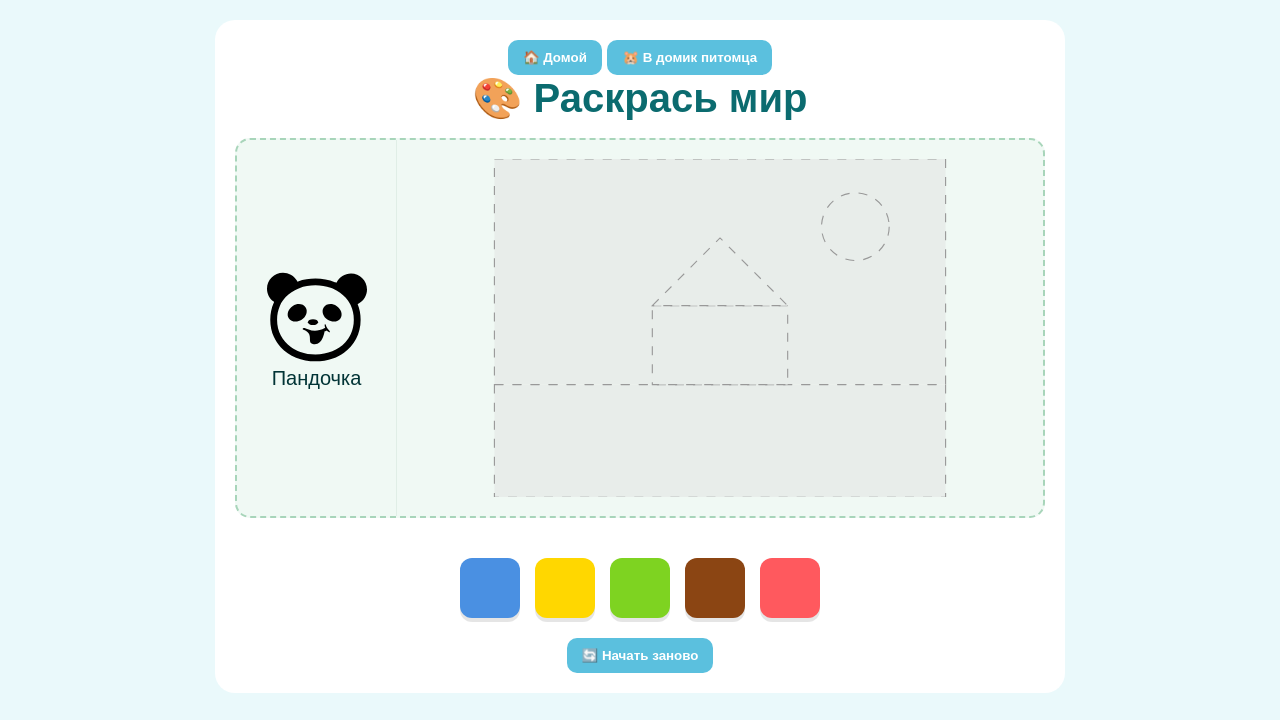
Repository: HOADF/kids-career-world
Page: games/artist/artist-game.html
The author's editor kept a copy of each file at every save. The page is drawn from the files as they stood at one save, then again after the next save.
The browser window is 1280 px wide. The pictures show the whole page.

Above is the page before, as saved 2026-03-10 12:56:59.

After the next save:
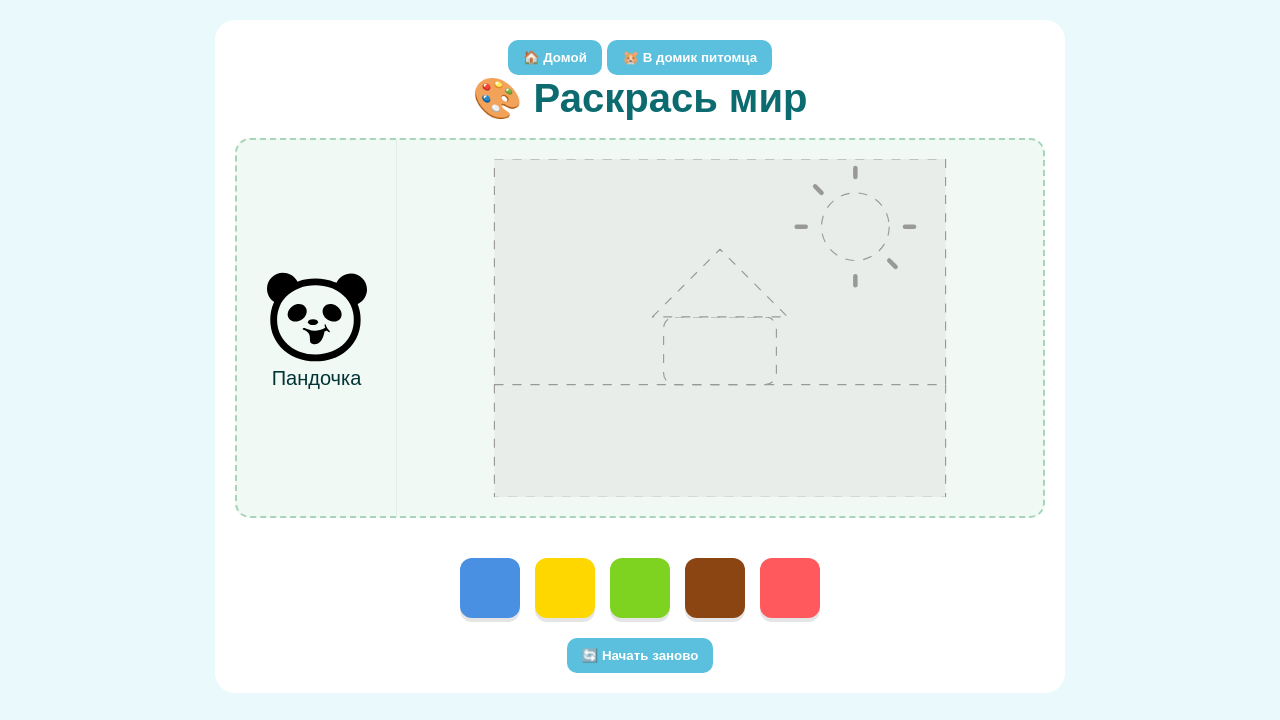
Saved 8 min 46 s later.
--- a/games/artist/artist-game.html
+++ b/games/artist/artist-game.html
@@ -27,10 +27,22 @@
         <div class="canvas-area">
             <svg viewBox="0 0 200 150" id="paint-svg">
                 <rect id="sky" class="paint-area" data-correct="blue" data-name="Небо" x="0" y="0" width="200" height="100" />
+
                 <rect id="ground" class="paint-area" data-correct="green" data-name="Травка" x="0" y="100" width="200" height="50" />
-                <circle id="sun" class="paint-area" data-correct="yellow" data-name="Солнышко" cx="160" cy="30" r="15" />
-                <rect id="house" class="paint-area" data-correct="brown" data-name="Стены" x="70" y="65" width="60" height="35" />
-                <path id="roof" class="paint-area" data-correct="red" data-name="Крыша" d="M70 65 L100 35 L130 65 Z" />
+
+                <g id="sun-group" class="paint-area" data-correct="yellow" data-name="Солнышко">
+                    <circle cx="160" cy="30" r="15" />
+                    <line x1="160" y1="8" x2="160" y2="2" stroke-width="2" stroke-linecap="round" />
+                    <line x1="160" y1="52" x2="160" y2="58" stroke-width="2" stroke-linecap="round" />
+                    <line x1="138" y1="30" x2="132" y2="30" stroke-width="2" stroke-linecap="round" />
+                    <line x1="182" y1="30" x2="188" y2="30" stroke-width="2" stroke-linecap="round" />
+                    <line x1="145" y1="15" x2="141" y2="11" stroke-width="2" stroke-linecap="round" />
+                    <line x1="175" y1="45" x2="179" y2="49" stroke-width="2" stroke-linecap="round" />
+                </g>
+
+                <rect id="house" class="paint-area" data-correct="brown" data-name="Стены" x="75" y="70" width="50" height="30" rx="5" ry="5" />
+
+                <path id="roof" class="paint-area" data-correct="red" data-name="Крыша" d="M70 70 L100 40 L130 70 Z" stroke-linejoin="round" />
             </svg>
         </div>
     </div>
